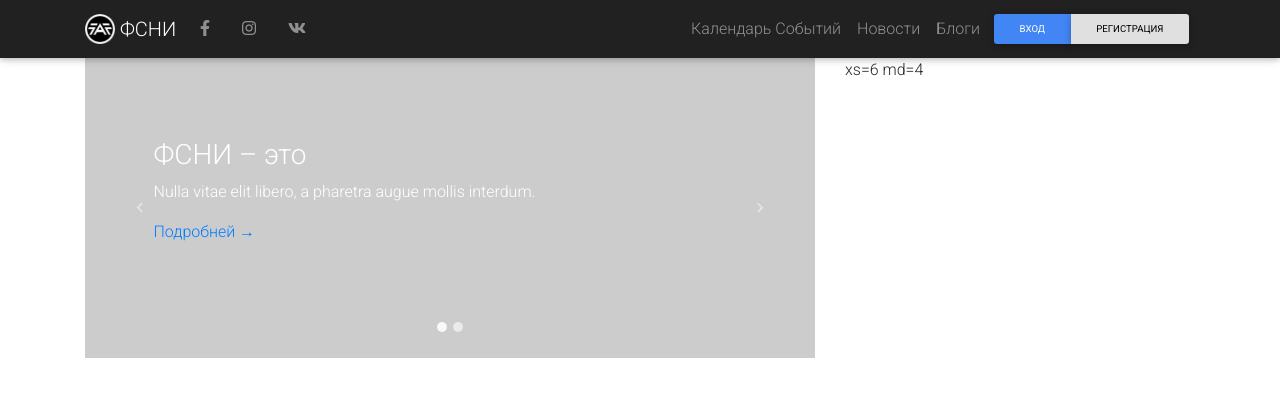
Repository: alexey1986/fsni_test
Page: /
These files come from the project's save history. The page is drawn as it stood at one moment and after the next save; the edit follows.
The browser window is 1280 px wide. The pictures show the whole page.
The project was rebuilt for these pictures with package versions that can differ from the ones it lists, and the page was loaded fresh each time. Also part of the build but not shown: src/pages/calendar.jsx, src/pages/news.jsx, src/pages/blogs.jsx.

Above is the page before, as saved 2020-08-29 09:52:47.

### src/index.js
import React from 'react';
import ReactDOM from 'react-dom';
import 'bootstrap/dist/css/bootstrap.min.css';
import '@fortawesome/fontawesome-free/css/all.min.css';
//import 'bootstrap-css-only/css/bootstrap.min.css';
import 'mdbreact/dist/css/mdb.css';


import App from './App';
import * as serviceWorker from './serviceWorker';

ReactDOM.render(
  <React.StrictMode>
    <App />
  </React.StrictMode>,
  document.getElementById('root')
);

// If you want your app to work offline and load faster, you can change
// unregister() to register() below. Note this comes with some pitfalls.
// Learn more about service workers: https://bit.ly/CRA-PWA
serviceWorker.unregister();

### src/App.js
import React from 'react';
import { BrowserRouter as Router, Route } from "react-router-dom";
import NavBarComponent from './components/nav/NavBar';
import Home from './pages/home';
import Calendar from './pages/calendar';
import News from './pages/news';
import Blogs from './pages/blogs';

const App = () => {
  return (
    <Router>
      <NavBarComponent></NavBarComponent>
      <Route path="/" exact component={Home} />
      <Route path="/calendar" exact component={Calendar} />
      <Route path="/news" exact component={News} />
      <Route path="/blogs" exact component={Blogs} />
    </Router>
  )
}


export default App;

### src/components/nav/NavBar.jsx
import React from 'react';
import { Link, NavLink } from "react-router-dom";
import { Container, Navbar, Nav, ButtonGroup, Button } from 'react-bootstrap';
import SocialButtons from './SocialButtons';
import logo from './logo.png';

const NavBarComponent = () => {
    return (
        <Navbar bg="dark" expand="lg" variant="dark" sticky="top" >
            <Container>
                <Navbar.Brand as={Link} to='/'>
                    <img
                        alt=""
                        src={logo}
                        width="30"
                        height="30"
                        className="d-inline-block align-top"
                    />{' '}
                    ФСНИ
                </Navbar.Brand>
                <Navbar.Toggle aria-controls="basic-navbar-nav" />
                <Navbar.Collapse id="basic-navbar-nav">
                    <SocialButtons />
                    <Nav>
                        <Nav.Link as={NavLink} to='/calendar'>Календарь Событий</Nav.Link>
                        <Nav.Link as={NavLink} to='/news'>Новости</Nav.Link>
                        <Nav.Link as={NavLink} to='/blogs'>Блоги</Nav.Link>
                    </Nav>
                    <ButtonGroup size="sm" aria-label="login/registration">
                        <Button variant="primary">Вход</Button>
                        <Button variant="light">Регистрация</Button>
                    </ButtonGroup>
                </Navbar.Collapse>
            </Container>
        </Navbar>
    )
}

export default NavBarComponent;

### src/pages/home.jsx
import React from 'react';
import { Container, Row, Col } from 'react-bootstrap';
import CarouselComponent from '../components/carousel/Carousel';

const Home = () => {
    return (
        <Container>
            <Row>
                <Col xs={12} md={8}>
                    <CarouselComponent />
                </Col>
                <Col xs={6} md={4}>
                xs=6 md=4
                </Col>
            </Row>
        </Container>
    )
}

export default Home;

### src/components/nav/SocialButtons.jsx
import React from 'react';
import { Nav } from 'react-bootstrap';
import { MDBIcon } from 'mdbreact';

const SocialButtons = () => {
  return (
    <Nav className="mr-auto" >
      <Nav.Link href="#!" className="fb-ic mr-3">
        <MDBIcon fab icon="facebook-f" />
      </Nav.Link>
      <Nav.Link href="#!" className="ins-ic mr-3">
        <MDBIcon fab icon="instagram" />
      </Nav.Link>
      <Nav.Link href="#!" className="vk-ic mr-3">
        <MDBIcon fab icon="vk" />
      </Nav.Link>
    </Nav>
  );
}

export default SocialButtons;

### src/components/carousel/Carousel.jsx
import React, { useState } from 'react';
import { Carousel } from 'react-bootstrap';
import { Link } from "react-router-dom";
import './styles.css';

const CarouselComponent = () => {
    const [index, setIndex] = useState(0);
    return (
        <Carousel>
            <Carousel.Item>
                <Carousel.Caption>
                    <h3>ФСНИ – это </h3>
                    <p>Nulla vitae elit libero, a pharetra augue mollis interdum.</p>
                    <p>
                        <Link to='/'>Подробней &#8594;</Link>
                    </p>
                </Carousel.Caption>
            </Carousel.Item>
            <Carousel.Item>
                <Carousel.Caption>
                    <h3>ФСНИ – это </h3>
                    <p>Lorem ipsum dolor sit amet, consectetur adipiscing elit. Vivamus magna justo, lacinia eget consectetur sed, convallis at tellus.</p>
                    <p>
                        <Link to='/'>Подробней &#8594;</Link>
                    </p>
                </Carousel.Caption>
            </Carousel.Item>
        </Carousel>
    )
}

export default CarouselComponent;

### src/components/carousel/styles.css
.carousel-item {
    background: #ccc;
    height: 300px;
}

.carousel-caption {
    top: 20%;
    bottom: auto;
    text-align: left;
}

Loaded but not shown: public/index.html (common file); src/serviceWorker.js (common file)

After the next save:
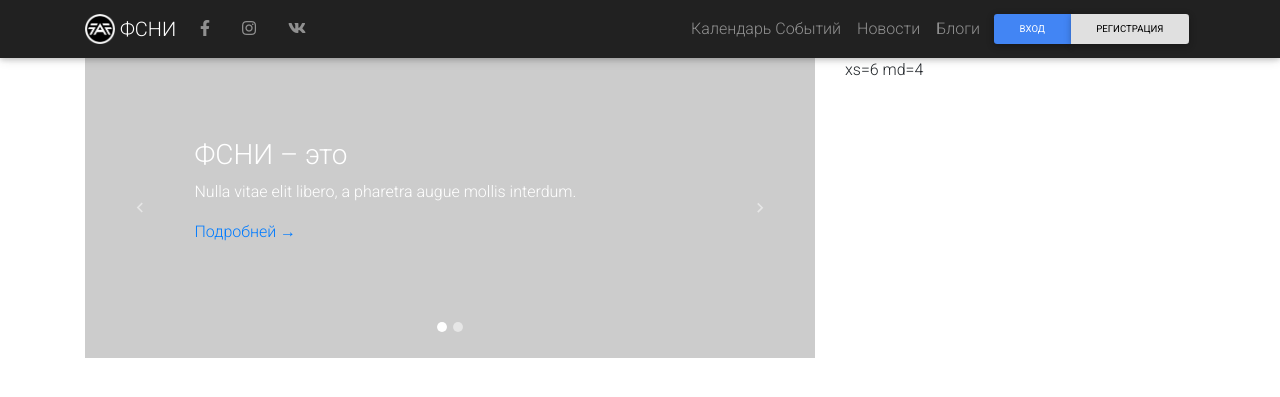
Saved 7 s later.
--- a/src/components/carousel/Carousel.jsx
+++ b/src/components/carousel/Carousel.jsx
@@ -6,7 +6,7 @@
 const CarouselComponent = () => {
     const [index, setIndex] = useState(0);
     return (
-        <Carousel>
+        <Carousel activeIndex={index}>
             <Carousel.Item>
                 <Carousel.Caption>
                     <h3>ФСНИ – это </h3>

After the 2 saves that followed:
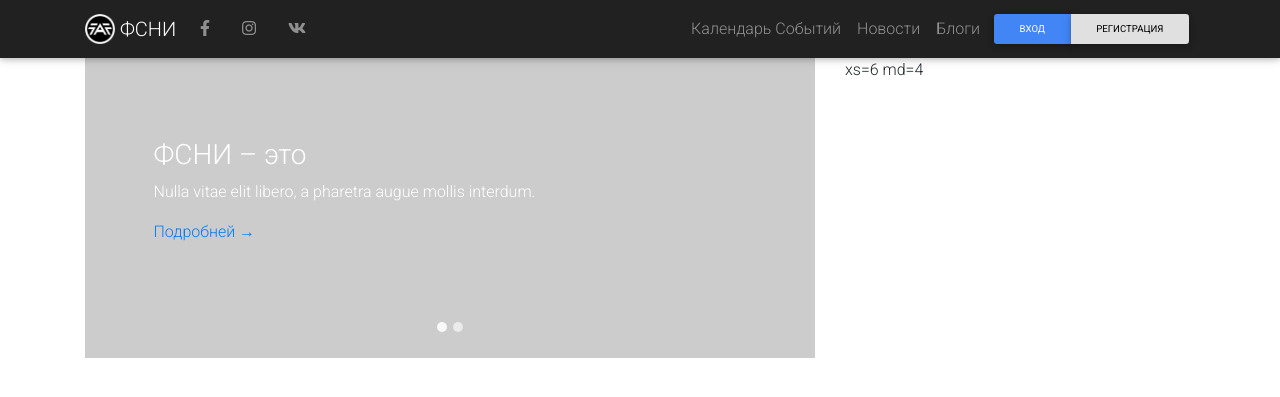
The 2 saves are shown as one change because they came seconds apart.
The last was saved 26 s later.
--- a/src/components/carousel/Carousel.jsx
+++ b/src/components/carousel/Carousel.jsx
@@ -1,12 +1,11 @@
-import React, { useState } from 'react';
+import React from 'react';
 import { Carousel } from 'react-bootstrap';
 import { Link } from "react-router-dom";
 import './styles.css';
 
 const CarouselComponent = () => {
-    const [index, setIndex] = useState(0);
     return (
-        <Carousel activeIndex={index}>
+        <Carousel controls={false}>
             <Carousel.Item>
                 <Carousel.Caption>
                     <h3>ФСНИ – это </h3>
